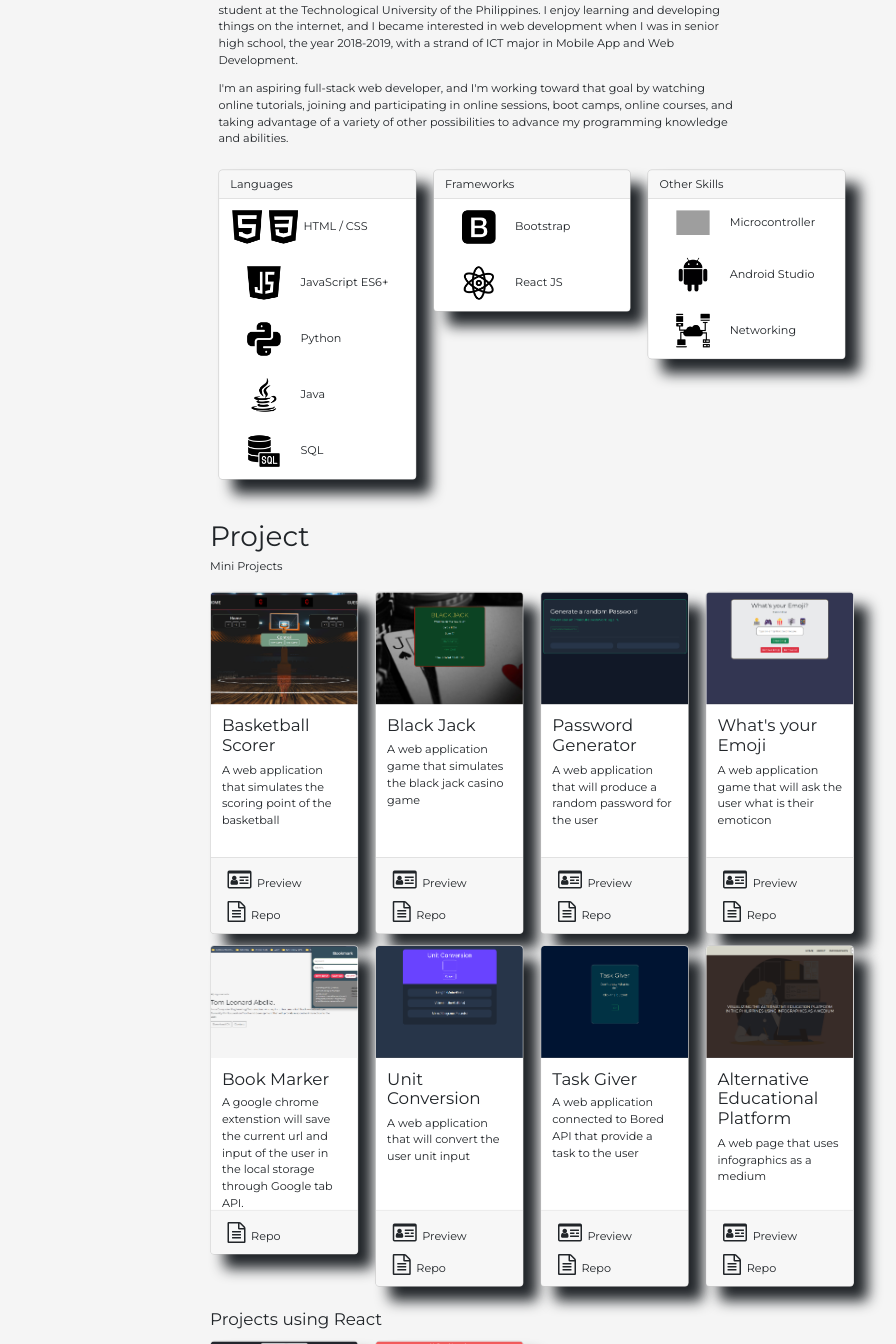
Repository: tom-abella/Portfolio
Page: index.html
The author's editor kept a copy of each file at every save. The page is drawn from the files as they stood at one save, then again after the next save.
The browser window is 1280 px wide. The pictures show the part of the page from y = 805 to 2725 px (the page is 3347 px tall), at 70% of full size.
Pictures or frames that could not be fetched are drawn as grey boxes.

Above is the page before, as saved 2022-11-25 11:24:50.
Console error: ReferenceError: emailjs is not defined

After the next save:
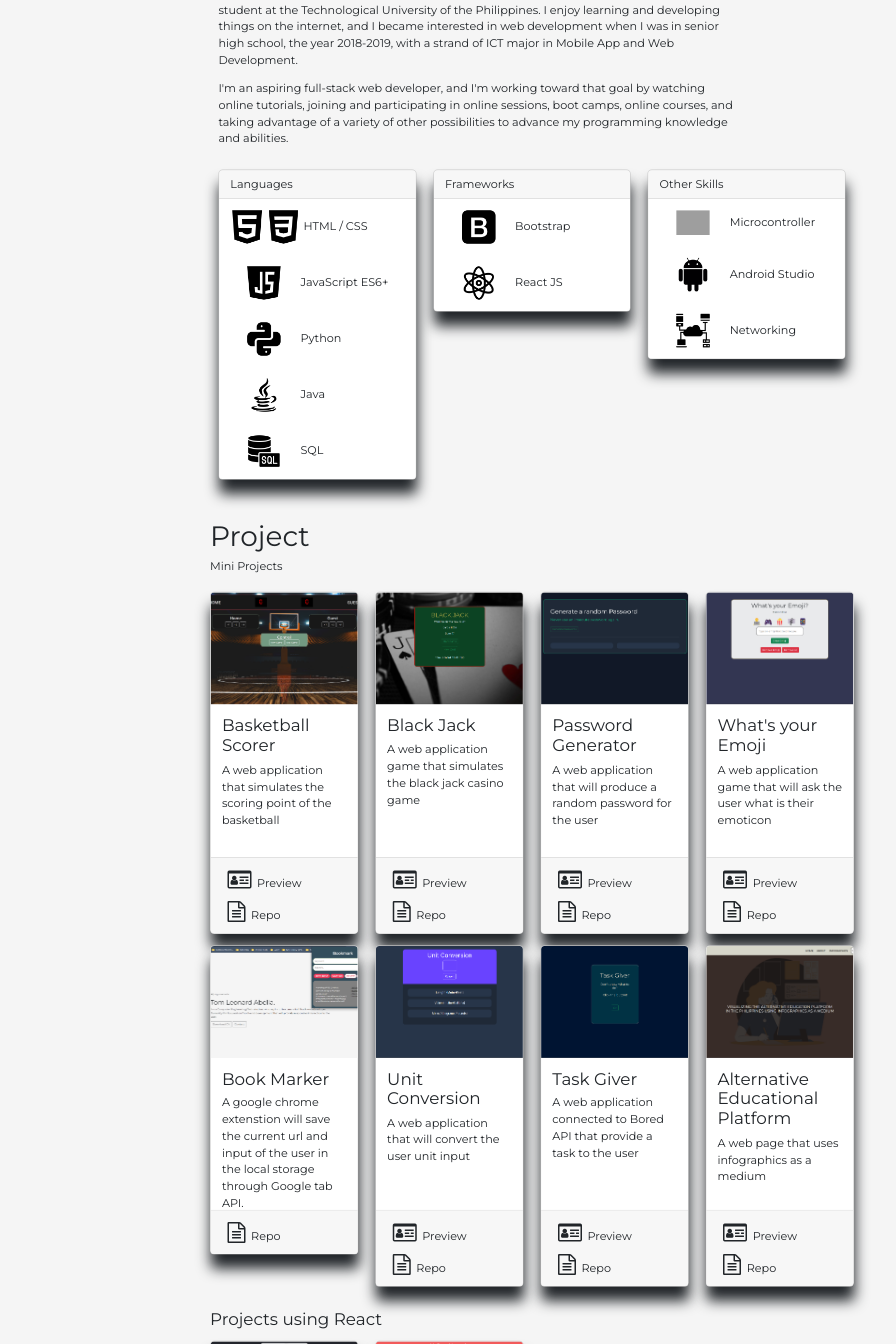
Saved 5 s later.
--- a/style.css
+++ b/style.css
@@ -17,7 +17,7 @@ img{
 
 }
 .card{
-    box-shadow: 20px 20px 20px #212529;
+    box-shadow: 1px 20px 20px #212529;
 }
 .navbar .nav-link.active{
     color:grey;
